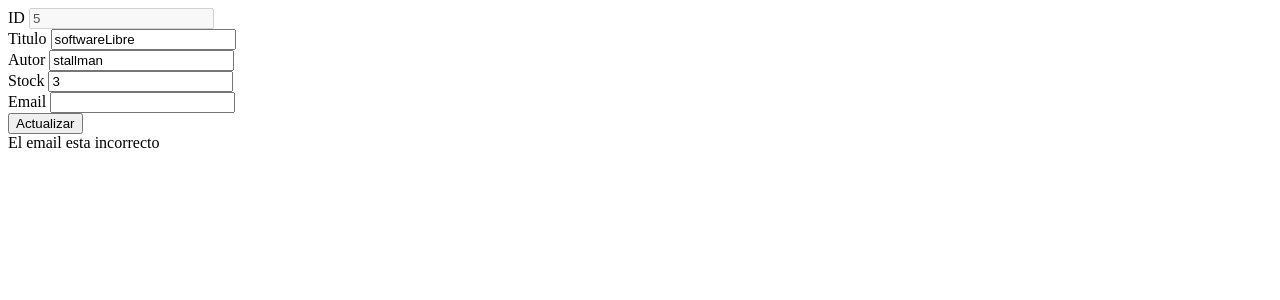
Repository: pedro160710/proyectosEclipse
Page: CrudRestWeb1/WebContent/editarLibro.html
These files come from the project's save history. The page is drawn as it stood at one moment and after the next save; the edit follows.
The browser window is 1280 px wide. The pictures show the whole page.
Some web libraries are served in a nearby version.

Above is the page before, as saved 2016-07-30 12:57:20.

After the next save:
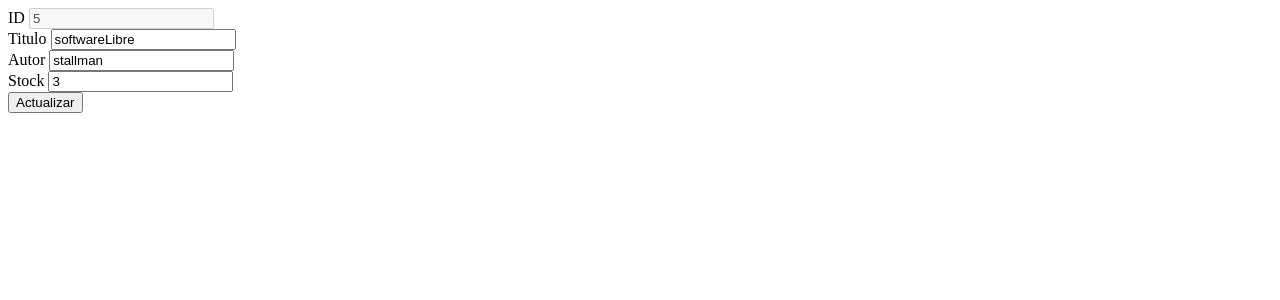
Saved 32 s later.
--- a/CrudRestWeb1/WebContent/editarLibro.html
+++ b/CrudRestWeb1/WebContent/editarLibro.html
@@ -32,10 +32,6 @@
         <input type="number" name="stock" ng-model="libro.stock" min="1" required>
       </div>
 
-      <div class="">
-        <label>Email</label>
-        <input type="email" name="email" ng-model="email" required>
-      </div>
 
       <!-- <input type="submit" value="Actualizar"> -->
       <button ng-click="actualizar()"> Actualizar</button>
